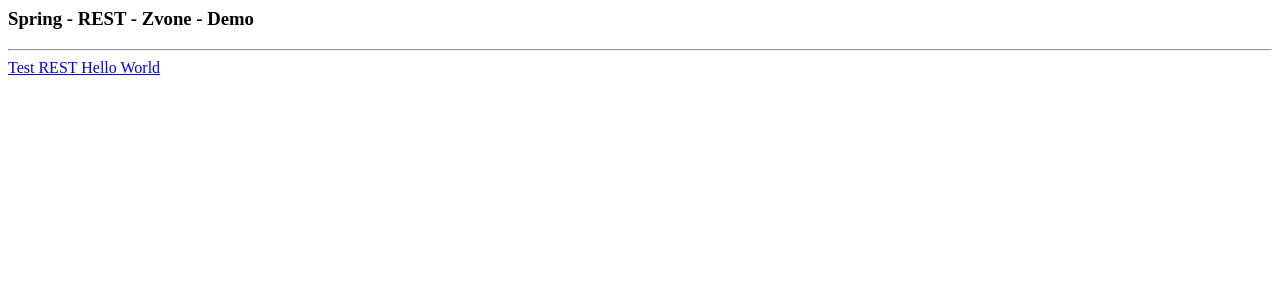
Repository: zvonimirbedi/spring_training
Page: http://localhost/spring-rest-demo/
An editor plug-in stored every save of this project. The page is shown before and after the next save, followed by the edit.
The browser window is 1280 px wide. The pictures show the whole page.
The page is served by Tomcat 9.

Above is the page before, as saved 2019-12-09 12:47:00.

After the next save:
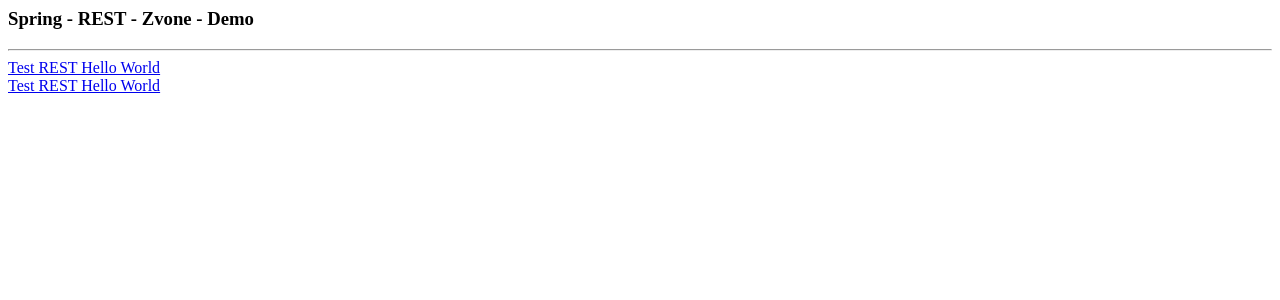
Saved 26 s later.
--- a/spring-rest-demo/src/main/webapp/index.jsp
+++ b/spring-rest-demo/src/main/webapp/index.jsp
@@ -9,6 +9,9 @@ Spring - REST - Zvone - Demo
 <hr/>
 
 <a href="${pageContext.request.contextPath}/test/hello">Test REST Hello World</a>
+<br/>
+<a href="${pageContext.request.contextPath}/api/student">Test REST Hello World</a>
+<br/>
 
 
 
